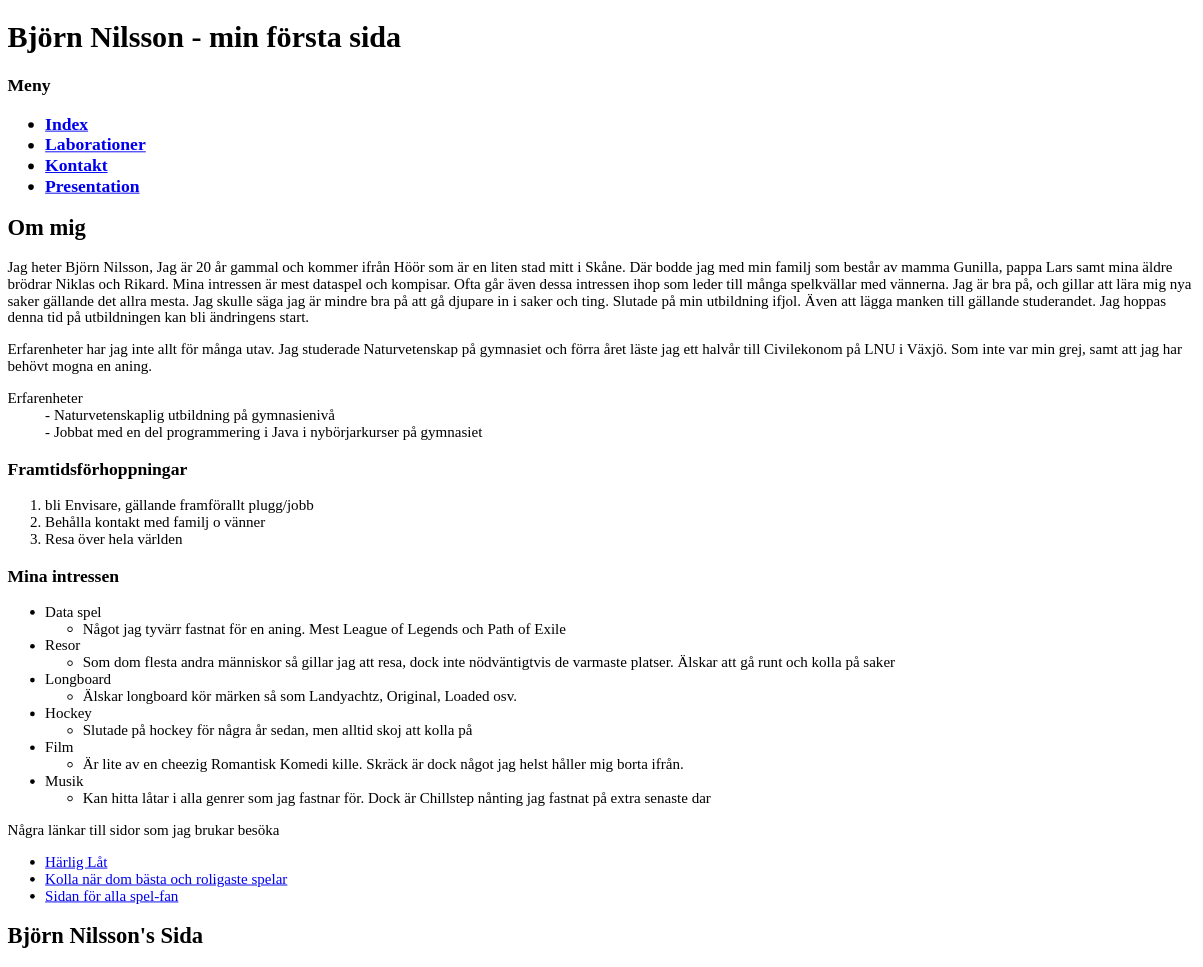
Repository: bn222cf/1IK415
Page: Presentation.html
The author's editor kept a record of every edit. The page is drawn from the files as they stood at one moment, then again after the next edit.
The browser window is 1280 px wide. The pictures show the whole page, at 94% of full size.

Above is the page before.
Not found: css/Copy.css
Not found: css/Mobile.css
Not found: css/style.css

After the next edit:
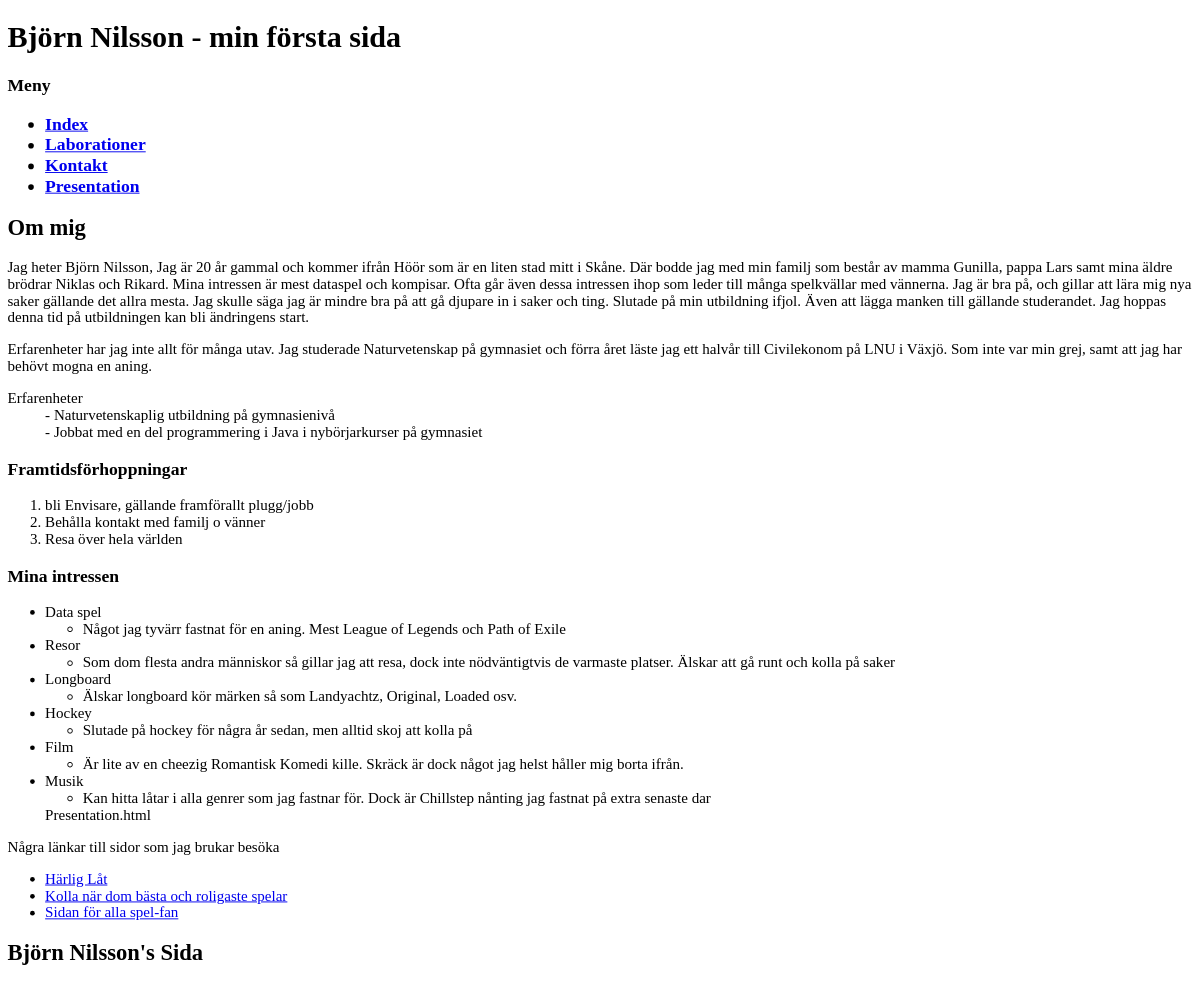
The edit:
--- a/Presentation.html
+++ b/Presentation.html
@@ -106,7 +106,7 @@
              <li>Musik
          <ul>
                <li>Kan hitta låtar i alla genrer som jag fastnar för. Dock är Chillstep nånting jag fastnat på extra senaste dar</li>
-         </ul>
+         </ul>Presentation.html
                </li>
 
      </ul>
